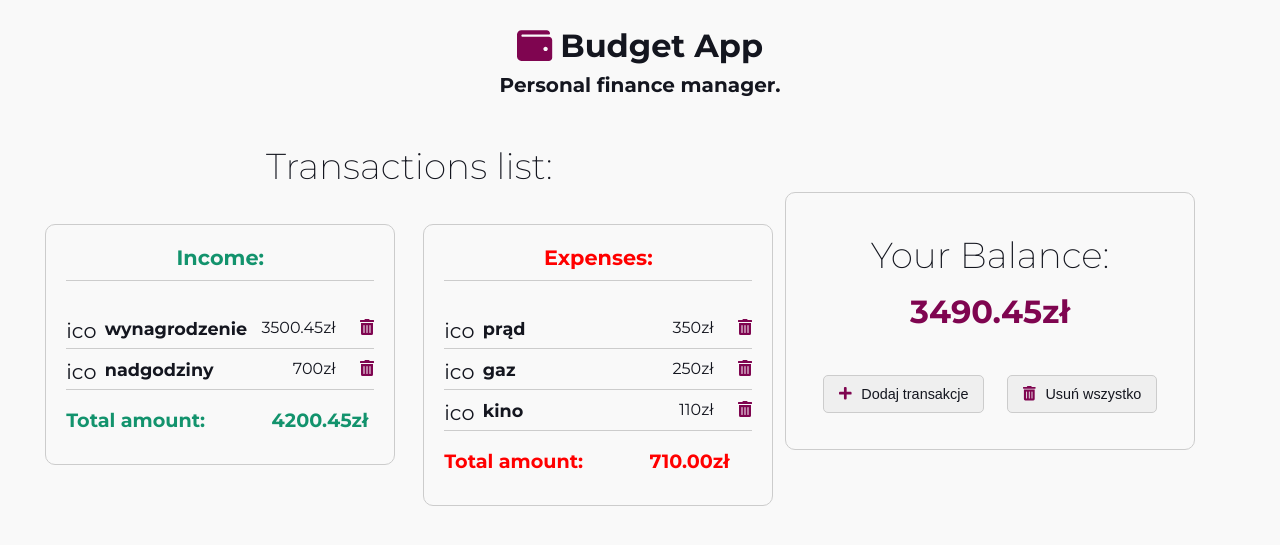
Repository: KrzysKolo/sr_tydzien4_zad4
Page: /
The author's editor kept a copy of each file at every save. The page is drawn from the files as they stood at one save, then again after the next save.
The browser window is 1280 px wide. The pictures show the whole page.
Some web libraries are served in a nearby version. The project was rebuilt for these pictures with package versions that can differ from the ones it lists, and the page was loaded fresh each time. Also part of the build but not shown: src/components/budgetComponents/formComponents/Header.js, src/components/budgetComponents/formComponents/ErrorMessage.js, src/components/budgetComponents/formComponents/Input.js, src/components/budgetComponents/formComponents/Select.js.

Above is the page before, as saved 2020-12-09 03:37:54.

After the next save:
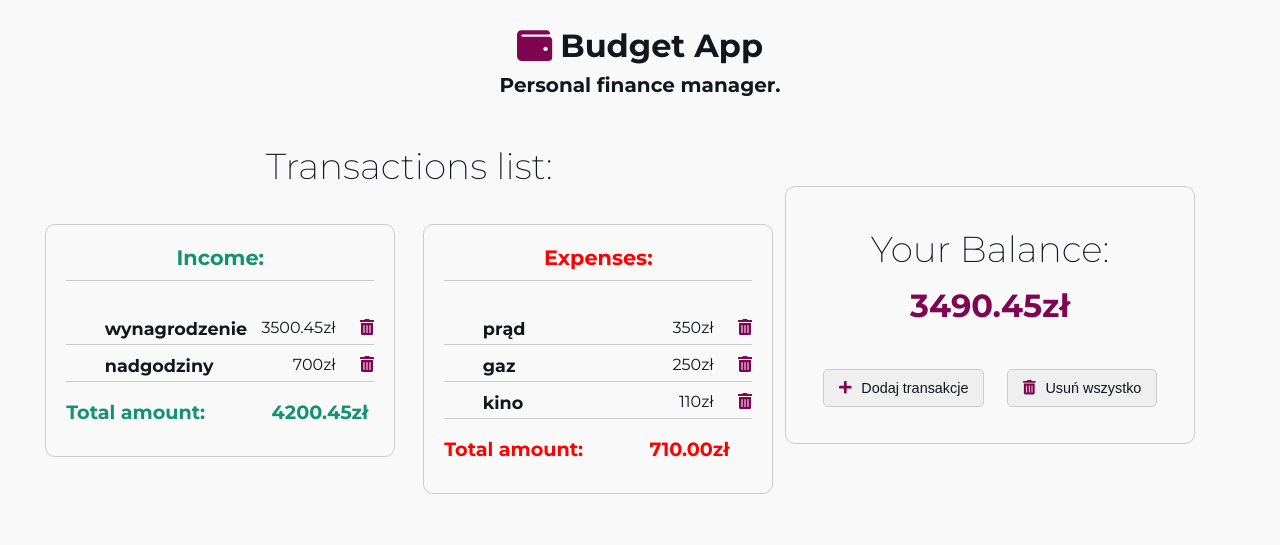
Saved 21 s later.
--- a/src/components/budgetComponents/sectionComponents/DivData.js
+++ b/src/components/budgetComponents/sectionComponents/DivData.js
@@ -66,7 +66,7 @@ const DivData = ({data, label, total, onClick}) => {
         <Container>
             {data.map(item => (
                 <DivWrapper key={item.id}>
-                    <p>ico</p>
+                    <IcoP data={data}/>
                     <NameH3>{item.name}</NameH3>
                     <AmountSpan>{item.amount}zł</AmountSpan>
                     <FontAwsomeP  onClick={() => onClick(data.id)}><FontAwesomeIcon icon={faTrashAlt}/></FontAwsomeP>

After the 3 saves that followed:
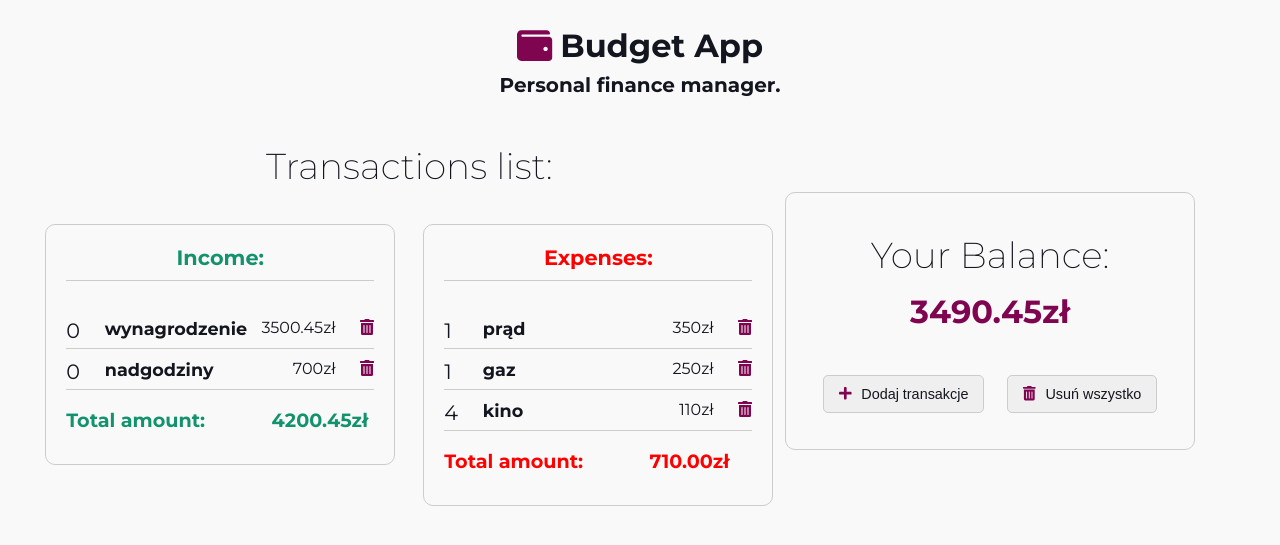
The 3 saves are shown as one change because 1 did not build or start and 1 left the picture as it was.
The last was saved 2 min 54 s later.
--- a/src/components/budgetComponents/sectionComponents/DivData.js
+++ b/src/components/budgetComponents/sectionComponents/DivData.js
@@ -66,7 +66,7 @@ const DivData = ({data, label, total, onClick}) => {
         <Container>
             {data.map(item => (
                 <DivWrapper key={item.id}>
-                    <IcoP data={data}/>
+                    <IcoP >{item.category}</IcoP>
                     <NameH3>{item.name}</NameH3>
                     <AmountSpan>{item.amount}zł</AmountSpan>
                     <FontAwsomeP  onClick={() => onClick(data.id)}><FontAwesomeIcon icon={faTrashAlt}/></FontAwsomeP>
